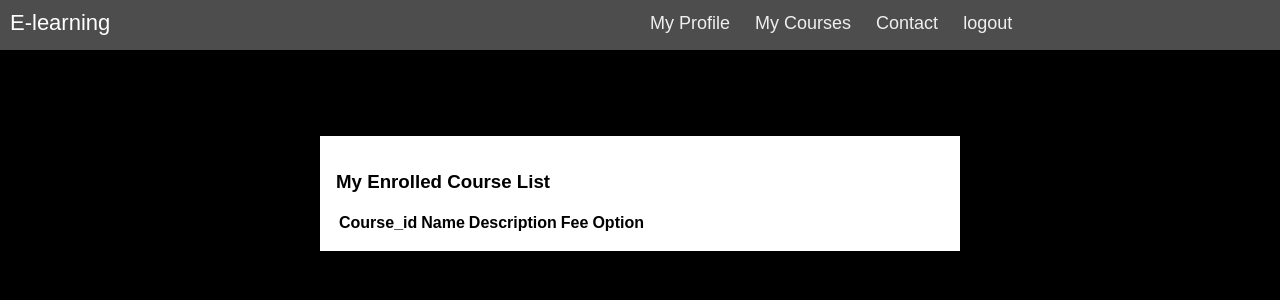
Repository: hemanthchallacs/learning_spring_boot
Page: http://localhost/myCourses
These files come from the project's save history. The page is drawn as it stood at one moment and after the next save; the edit follows.
The browser window is 1280 px wide. The pictures show the whole page.
The page is this project's Thymeleaf template; nobody is signed in. The template is opened directly, without the code that normally fills it, so the values that code supplies are empty.

Above is the page before, as saved 2021-07-12 19:24:36.

### ver1_elearning/src/main/resources/templates/myCourses.html
<!DOCTYPE html>
<html  xmlns:th ="http://www.thymeleaf.org">
<head>
<meta charset="ISO-8859-1">
<title>Course List</title>
<style>



* {
  box-sizing: border-box;
}

body {
  margin: 0px;
  font-family: 'segoe ui';
}

.nav {
  height: 50px;
  width: 100%;
  background-color: #4d4d4d;
  position: relative;
  position: fixed;
    width: 100%;
    top: 0;
}

.nav > .nav-header {
  display: inline;
}

.nav > .nav-header > .nav-title {
  display: inline-block;
  font-size: 22px;
  color: #fff;
  padding: 10px 10px 10px 10px;
}

.nav > .nav-btn {
  display: none;
}

.nav > .nav-links {
  display: inline;
  float: right;
  font-size: 18px;
  right:0;
}

.nav > .nav-links > a {
  display: inline-block;
  padding: 13px 10px 13px 10px;
  text-decoration: none;
  color: #efefef;
}

.nav > .nav-links > a:hover {
  background-color: rgba(0, 0, 0, 0.3);
}

.nav > #nav-check {
  display: none;
}

@media (max-width:600px) {
  .nav > .nav-btn {
    display: inline-block;
    position: absolute;
    right: 0px;
    top: 0px;
  }
  .nav > .nav-btn > label {
    display: inline-block;
    width: 50px;
    height: 50px;
    padding: 13px;
  }
  .nav > .nav-btn > label:hover,.nav  #nav-check:checked ~ .nav-btn > label {
    background-color: rgba(0, 0, 0, 0.3);
  }
  .nav > .nav-btn > label > span {
    display: block;
    width: 25px;
    height: 10px;
    border-top: 2px solid #eee;
  }
  .nav > .nav-links {
    position: absolute;
    display: block;
    width: 100%;
    background-color: #333;
    height: 0px;
    transition: all 0.3s ease-in;
    overflow-y: hidden;
    top: 50px;
    left: 0px;
  }
  .nav > .nav-links > a {
    display: block;
    width: 100%;
  }
  .nav > #nav-check:not(:checked) ~ .nav-links {
    height: 0px;
  }
  .nav > #nav-check:checked ~ .nav-links {
    height: calc(100vh - 50px);
    overflow-y: auto;
  }
}


div{

height:50%;
width:50%;
margin:auto;

}


body {
  font-family: Arial, Helvetica, sans-serif;
  background-color: black;
}

* {
  box-sizing: border-box;
}

/* Add padding to containers */
.container {
  padding: 16px;
  background-color: white;
}

/* Full-width input fields */
input[type=text], input[type=password] {
  width: 100%;
  padding: 15px;
  margin: 5px 0 22px 0;
  display: inline-block;
  border: none;
  background: #f1f1f1;
}

input[type=file], input[type=password] {
  width: 100%;
  padding: 15px;
  margin: 5px 0 22px 0;
  display: inline-block;
  border: none;
  background: #f1f1f1;
}

input[type=text]:focus, input[type=password]:focus {
  background-color: #ddd;
  outline: none;
}

/* Overwrite default styles of hr */
hr {
  border: 1px solid #f1f1f1;
  margin-bottom: 25px;
}

/* Set a style for the submit button */
.registerbtn {
  background-color: #04AA6D;
  color: white;
  padding: 16px 20px;
  margin: 8px 0;
  border: none;
  cursor: pointer;
  width: 100%;
  opacity: 0.9;
}

.resetbtn {
  background-color: red;
  color: white;
  padding: 16px 20px;
  margin: 8px 0;
  border: none;
  cursor: pointer;
  width: 100%;
  opacity: 0.9;
}

.resetbtn:hover {
  opacity: 1;
}


.registerbtn:hover {
  opacity: 1;
}

/* Add a blue text color to links */
a {
  color: dodgerblue;
}

/* Set a grey background color and center the text of the "sign in" section */
.signin {
  background-color: #f1f1f1;
  text-align: center;
}



</style>
</head>
<body>

<div class="nav" >

  <div class="nav-header">
    <div class="nav-title">
      E-learning
    </div>
  </div>
  <div class="nav-btn">
    <label for="nav-check">
      <span></span>
      <span></span>
      <span></span>
    </label>
  </div>

  <div class="nav-links">
   <a th:href=@{/myProfile}>My Profile </a>
<a th:href=@{/myCourses}>My Courses </a>
<a th:href=@{/contact}>Contact </a>
<a th:href=@{/logout}>logout </a>

  </div>
</div>
<br><br>
<div style="width:100%;height:100px;border:0px solid #000;color:green;"><h2 style="float:right" th:text="${message}"></h2></div>

<div class="container">
<h3>My Enrolled Course List</h3>

<table>

	<tr>
		<th>Course_id</th>
		<th>Name</th>
		<th>Description</th>
		<th>Fee</th>
		<th>Option</th>

	</tr>
	<tr th:each="course: ${courses}">
    	<td th:text="${course.course_id}" />
   		<td th:text="${course.c_name}" />
   		<td th:text="${course.c_desp}" />
   		<td th:text="${course.c_fees}" />
   		<td>

   		<a th:href="@{'/myCourses/' + ${course.course_id}+'/details'}">
        	<span>Details</span>
   			 </a>

   		</td>
    </tr>


</table>
</div>
</body>
</html>

After the next save:
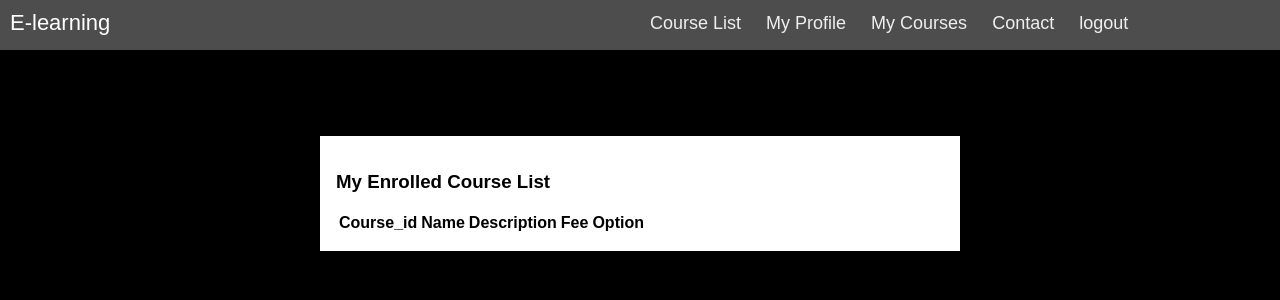
Saved 17 s later.
--- a/ver1_elearning/src/main/resources/templates/myCourses.html
+++ b/ver1_elearning/src/main/resources/templates/myCourses.html
@@ -229,6 +229,7 @@ a {
   </div>
 
   <div class="nav-links">
+  <a th:href=@{/courseLst}>Course List </a>
    <a th:href=@{/myProfile}>My Profile </a>
 <a th:href=@{/myCourses}>My Courses </a>
 <a th:href=@{/contact}>Contact </a>
